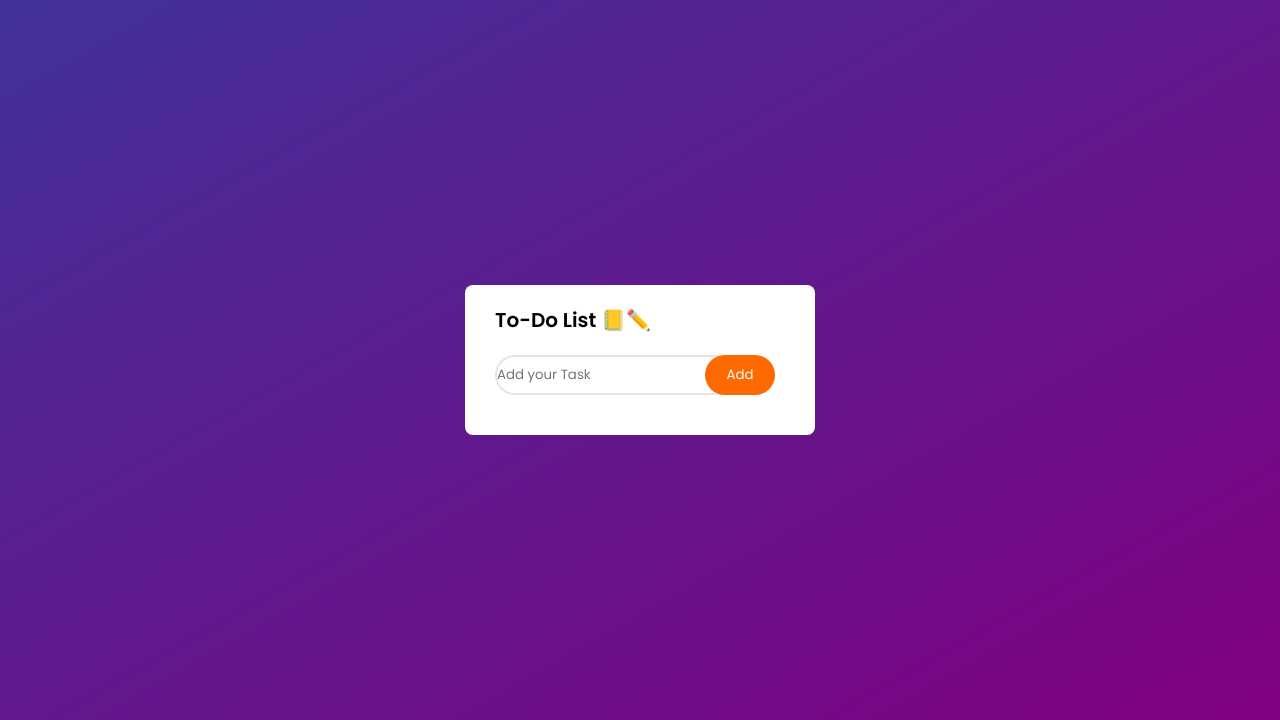
Repository: Ankitkr2021/To-Do-List
Page: index.html
The author's editor kept a copy of each file at every save. The page is drawn from the files as they stood at one save, then again after the next save.
The browser window is 1280 px wide. The pictures show the whole page.

Above is the page before, as saved 2025-10-03 10:11:42.

### index.html
<!DOCTYPE html>
<html lang="en">
<head>
    <meta charset="UTF-8">
    <meta name="viewport" content="width=device-width, initial-scale=1.0">
    <title>To-Do-List</title>
    <link rel="stylesheet" href="./style.css">
</head>
<body>
    <div class="box">
        <h1>To-Do List 📒✏️</h1>
        <div class="task">
        <input id="add" type="text" placeholder="Add your Task">
        <button type="submit">Add</button>
        </div>
    </div>
</body>
</html>

### style.css
@import url("https://fonts.googleapis.com/css2?family=Poppins:wght@300;400;500;600;700&display=swap");

*{
    margin: 0;
    padding: 0;
    box-sizing: border-box;
    font-family: 'Poppins',sans-serif;
}

body{
    display: flex;
    justify-content: center;
    align-items: center;
    height: 100vh;
    background: linear-gradient(to bottom right, rgba(40, 22, 139, 0.884), purple);
}

.box {
    background: #fff;
    height: 150px;
    max-height: 300px;
    width: 350px;
    border-radius: 8px;
}

.box h1 {
    padding: 20px 30px;
    font-size: 20px;
    font-weight: 600;
}

.task {
    /* background: #000; */
    padding: 0 30px;
    position: relative;
}

.task input {
    width: 90%;
    height: 40px;
    border-radius: 20px;
    border: 2px solid rgba(0,0,0,0.1);
}

.task button {
    content: "";
    position: absolute;
    left: 240px;
    height: 40px;
    width: 20%;
    border-radius: 20px;
    background: rgb(255, 106, 0);
    color: #fff;
    border: none;
}

After the next save:
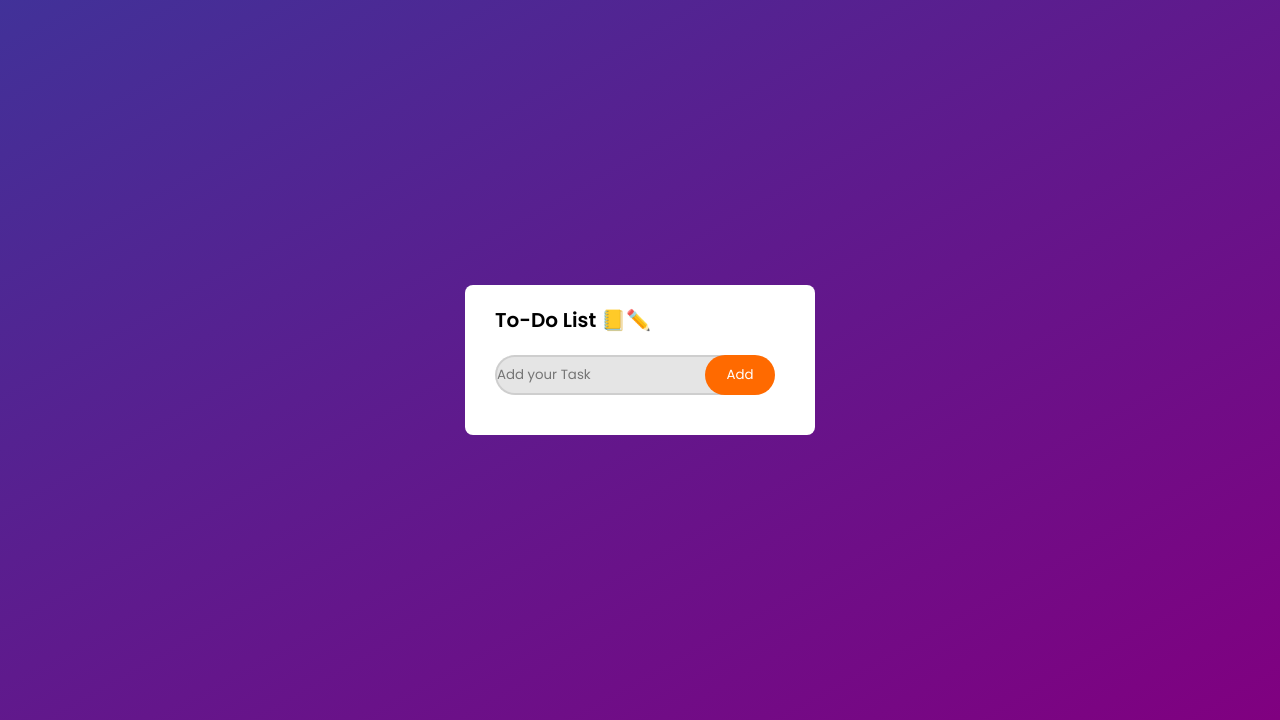
Saved 13 s later.
--- a/style.css
+++ b/style.css
@@ -40,6 +40,7 @@ body{
     height: 40px;
     border-radius: 20px;
     border: 2px solid rgba(0,0,0,0.1);
+    background: rgba(0,0,0,0.1);
 }
 
 .task button {
